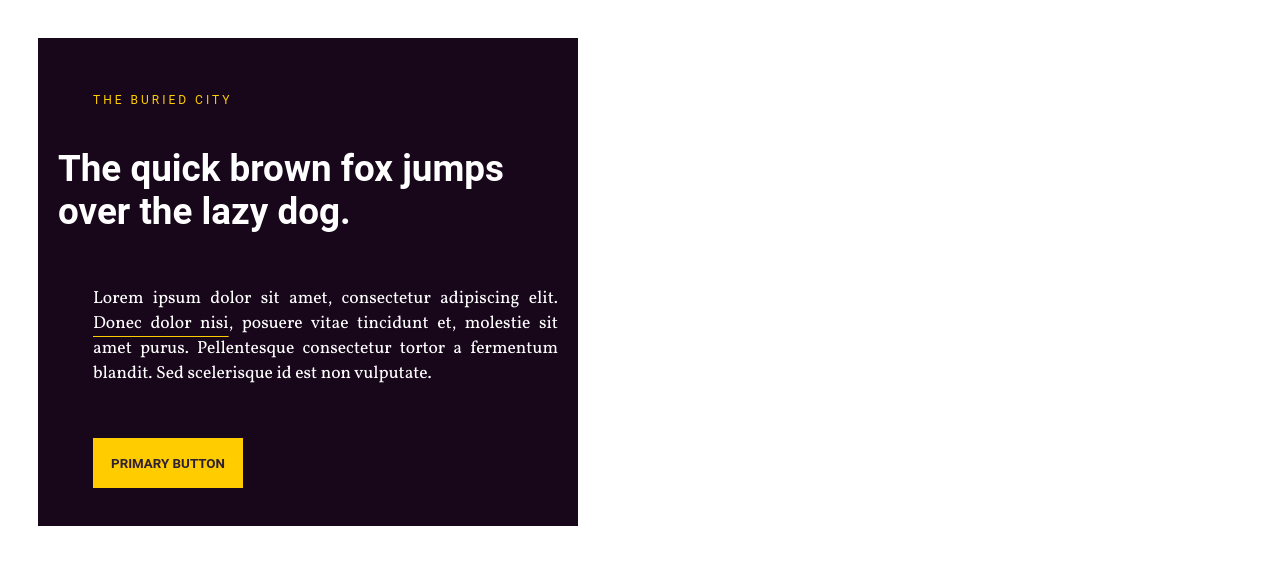
Repository: rafigabriel/TP2---Web-I
Page: ex03-css/index.html
The author's editor kept a copy of each file at every save. The page is drawn from the files as they stood at one save, then again after the next save.
The browser window is 1280 px wide. The pictures show the whole page.

Above is the page before, as saved 2024-09-09 18:13:18.

### ex03-css/index.html
<!DOCTYPE html>
<html lang="pt-br">
    <head>
        <meta charset="UTF-8">
        <meta name="viewport" content="width=device-width, initial-scale=1.0">
        <title>Exercicio 3</title>
        <link rel="stylesheet" href="style.css">
        <link rel="preconnect" href="https://fonts.googleapis.com">
        <link rel="preconnect" href="https://fonts.gstatic.com" crossorigin>
        <link
            href="https://fonts.googleapis.com/css2?family=Roboto+Condensed:ital,wght@0,100..900;1,100..900&display=swap"
            rel="stylesheet">
        <link rel="preconnect" href="https://fonts.googleapis.com">
        <link rel="preconnect" href="https://fonts.gstatic.com" crossorigin>
        <link
            href="https://fonts.googleapis.com/css2?family=Vollkorn:ital,wght@0,400..900;1,400..900&display=swap"
            rel="stylesheet">

    </head>
    <body>
        <div id="container">
            <p id="secao">The buried city</p>
            <h1>The quick brown fox jumps over the lazy dog.</h1>
            <p>Lorem ipsum dolor sit amet, consectetur adipiscing elit. <a
                    id="link"
                    href="#">Donec dolor nisi</a>, posuere vitae tincidunt et,
                molestie sit amet purus. Pellentesque consectetur tortor a
                fermentum
                blandit. Sed scelerisque id est non vulputate.</p>
            <p>
                <button>Primary button</button>
            </p>

        </div>

    </body>
</html>

### ex03-css/style.css
body{
    width: 500px;
    color: #231900;
    padding: 30px;
}

#container{
    background-color: #18071B;
    padding: 20px;
    width: 500px;
}

h1{
    font-size: 2.3em;
    font-family: "Roboto", sans-serif;
    font-style: normal;
    font-weight: 700;
    color: white;
    margin-bottom: 0;
    margin-top: 40px;
    border-bottom: ;
}
p{
    text-align: justify;
    padding: 35px;
    padding-right: 0;
    padding-bottom: 0;
    font-family: "Vollkorn", serif;
    font-weight: 400;
    font-style: normal;
    font-size: 1.1em;
    color: white;
}

#secao{
    font-family: "Roboto", sans-serif;
    font-style: normal;
    font-weight: 400;
    font-size: 0.75em;
    color: #FFCC00;
    letter-spacing: 0.25em;
    margin-top: auto;
    text-transform: uppercase;
}

#link{
    font-family: "Vollkorn", serif;
    font-weight: 400;
    color: white;
    text-decoration: underline;
    text-decoration-color: #FFCC00;
    text-decoration-thickness:1px ;
    text-underline-offset: 8px;
}

button{
    display: block;
    background-color: #FFCC00;
    color: #2F2032;
    width: 150px;
    height: 50px;
    border: none;
    font-weight: 700;
    margin-top: 0px;
    font-family: "Roboto", sans-serif;
    text-transform: uppercase;
    text-align: center;
}

After the next save:
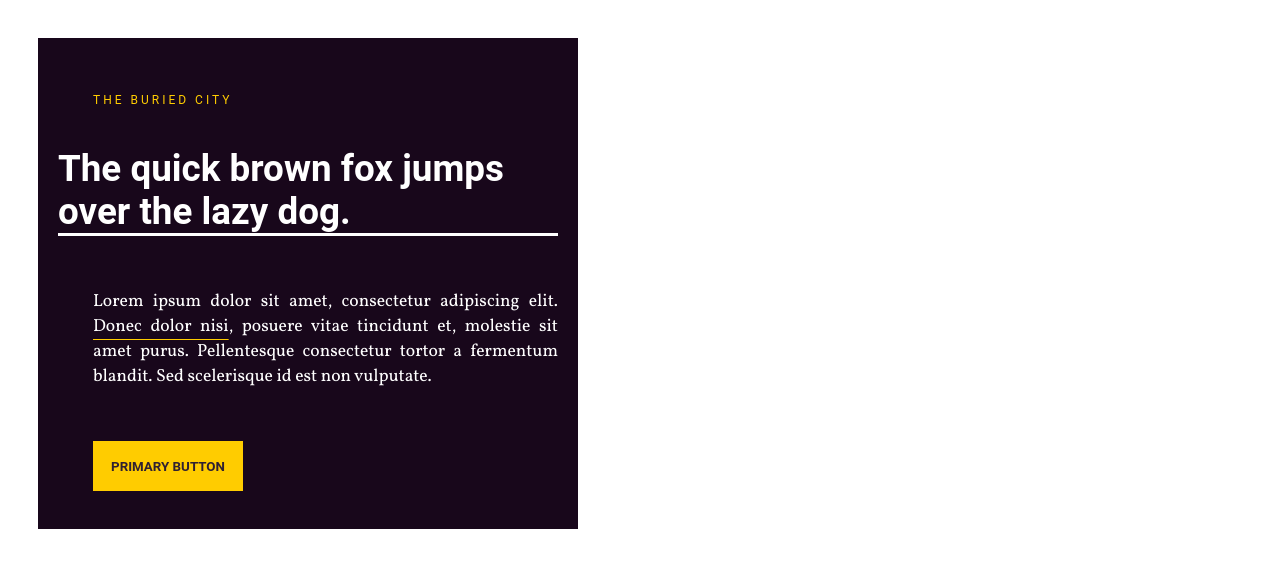
Saved 15 s later.
--- a/ex03-css/style.css
+++ b/ex03-css/style.css
@@ -18,7 +18,7 @@ h1{
     color: white;
     margin-bottom: 0;
     margin-top: 40px;
-    border-bottom: ;
+    border-bottom: 3px solid white;
 }
 p{
     text-align: justify;
